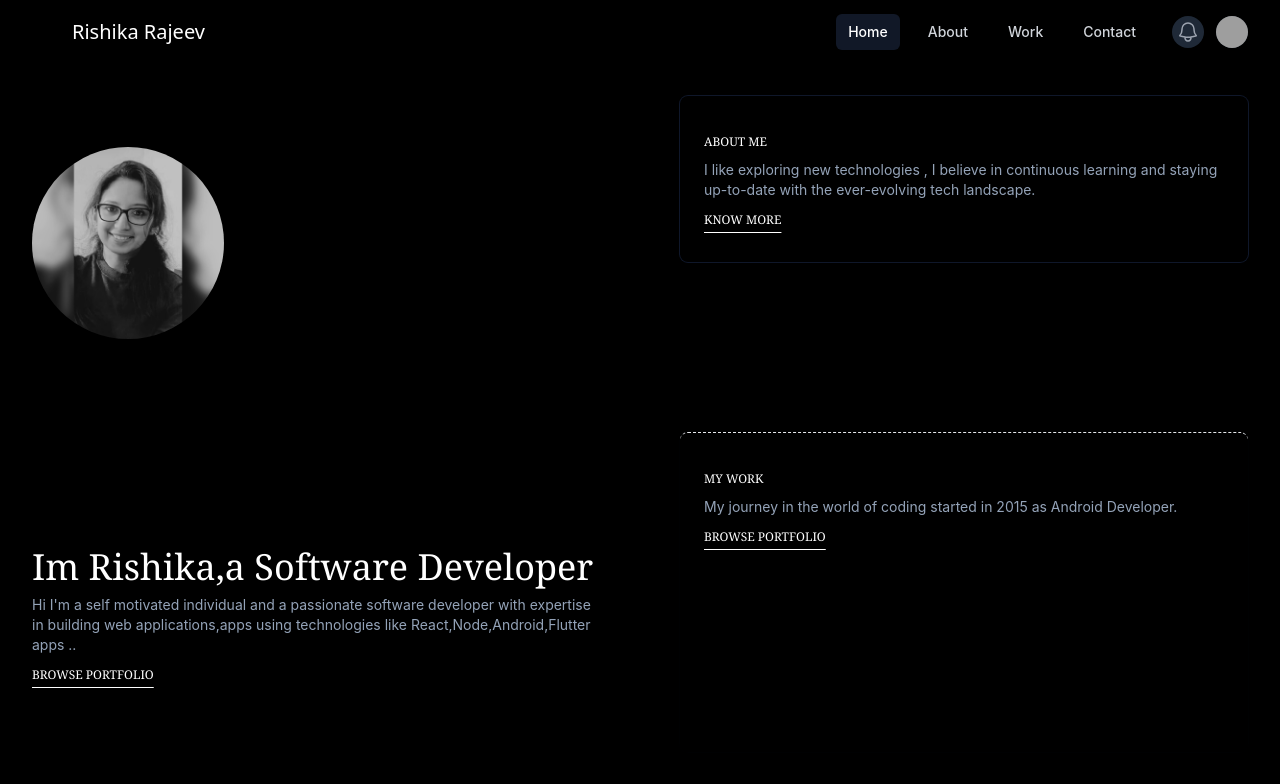
Repository: rishikarajeev/portfolio_rishika
Page: /
An editor plug-in stored every save of this project. The page is shown before and after the next save, followed by the edit.
The browser window is 1280 px wide. The pictures show the whole page.
Pictures or frames that could not be fetched are drawn as grey boxes. The project was rebuilt for these pictures with package versions that can differ from the ones it lists, and the page was loaded fresh each time. Also part of the build but not shown: src/Pages/About.jsx, src/Pages/Contact.jsx, src/Components/Work.jsx, src/Components/Project.jsx, src/Pages/Mywork.jsx.

Above is the page before, as saved 2023-10-23 18:43:30.

After the next save:
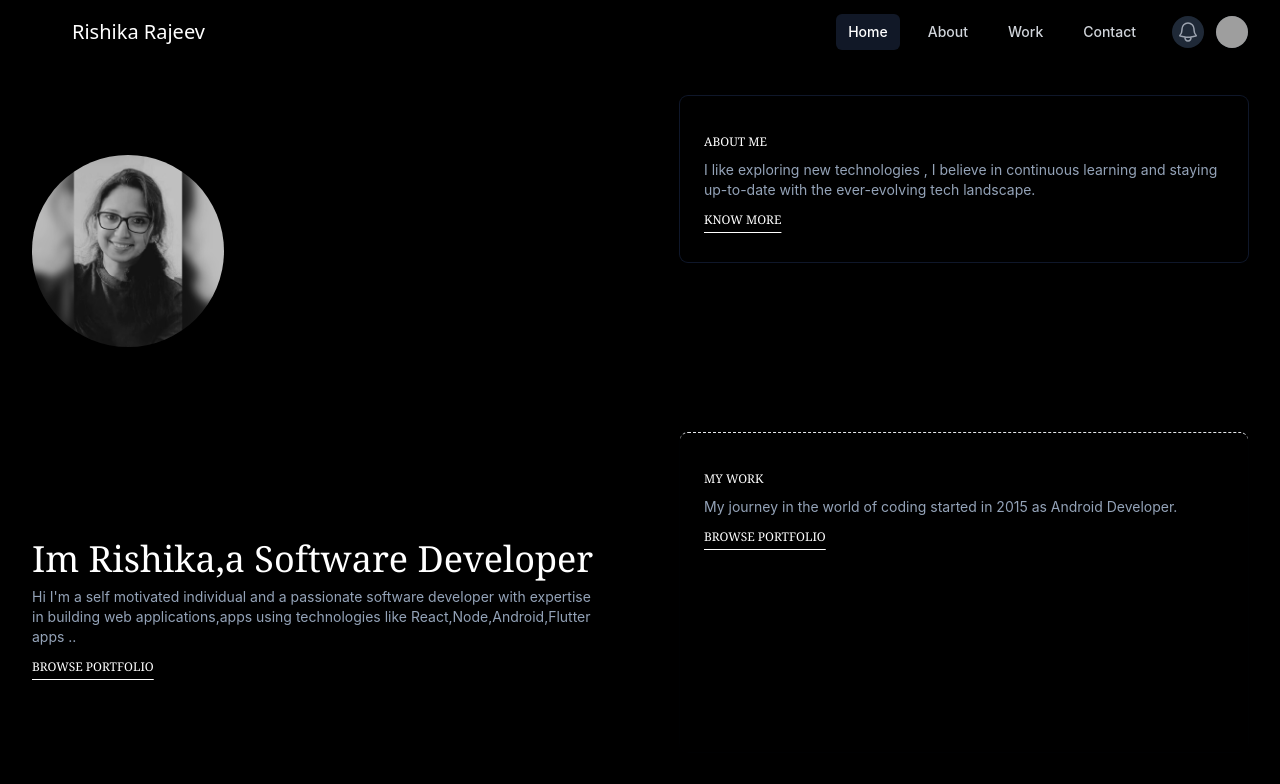
Saved 20 s later.
--- a/src/Pages/Home.jsx
+++ b/src/Pages/Home.jsx
@@ -11,7 +11,7 @@ function Home() {
     <div class="grid grid-cols-1 md:grid-cols-2 h-screen dark md:bg-black gap-4  ">
       <div class="grid grid-cols-1 justify-center items-center m-8 ">
         <div class="md:w-full dark:bg-black rounded-lg   mb-4 shadow-xl  ">
-          <div class=" md:grid md:grid-rows-2 md:gap-4 ">
+          <div class=" md:grid md:grid-rows-2  ">
             <div class="">
               <img
                 class="h-48 w-full object-cover md:h-full md:w-48 rounded-full bg-gray-800 text-sm focus:outline-none focus:ring-2"
